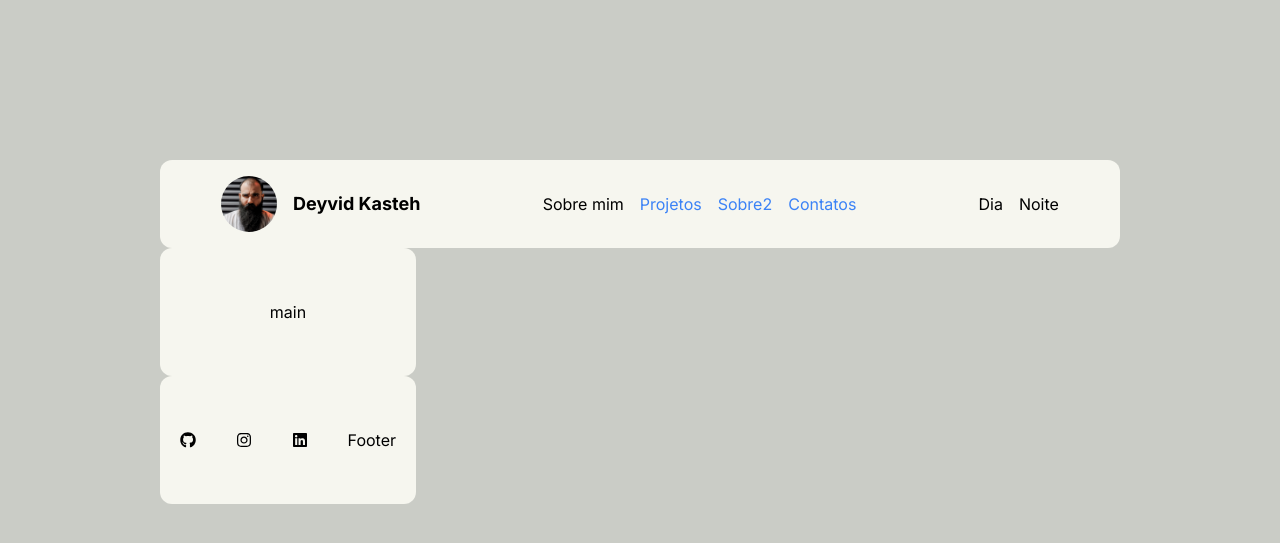
Repository: Deyvid-Kasteh/kasteh_portfolio
Page: /
An editor plug-in stored every save of this project. The page is shown before and after the next save, followed by the edit.
The browser window is 1280 px wide. The pictures show the whole page.
The project was rebuilt for these pictures with package versions that can differ from the ones it lists, and the page was loaded fresh each time. The framework's server and built-in components were replaced by stand-ins that run in the browser. Also part of the build but not shown: next.config.mjs.

Above is the page before, as saved 2024-03-24 18:02:59.

After the next save:
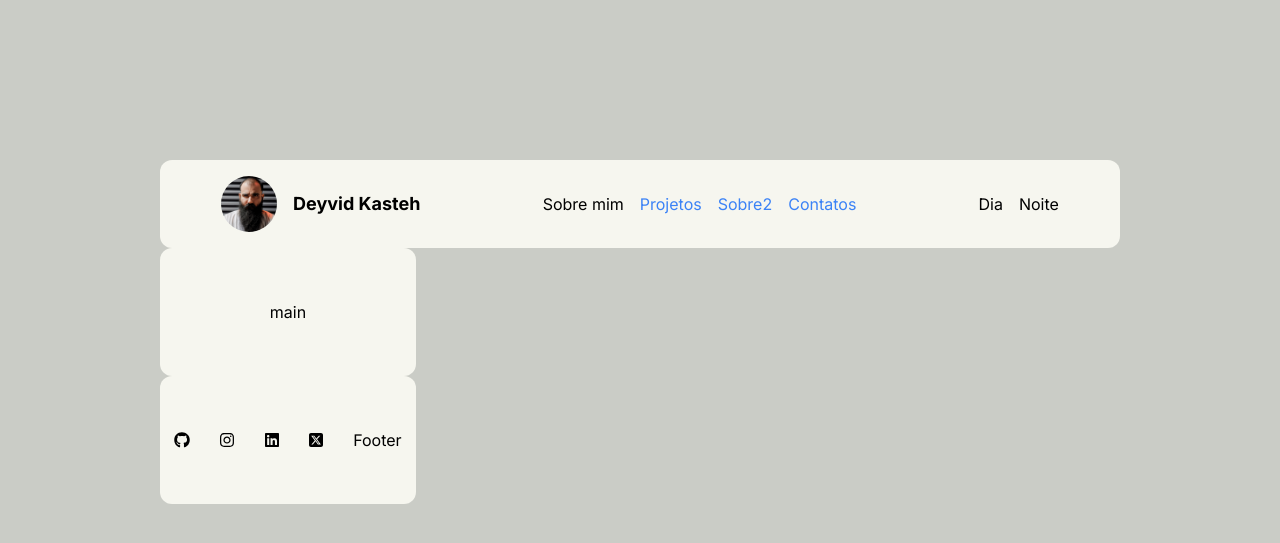
Saved 7 s later.
--- a/src/app/components/footer.tsx
+++ b/src/app/components/footer.tsx
@@ -12,6 +12,7 @@ const Footer: React.FC = () => {
       <FaGithub />
       <FaInstagram />
       <FaLinkedin />
+      <FaSquareXTwitter />
       Footer
     </main>
   );
